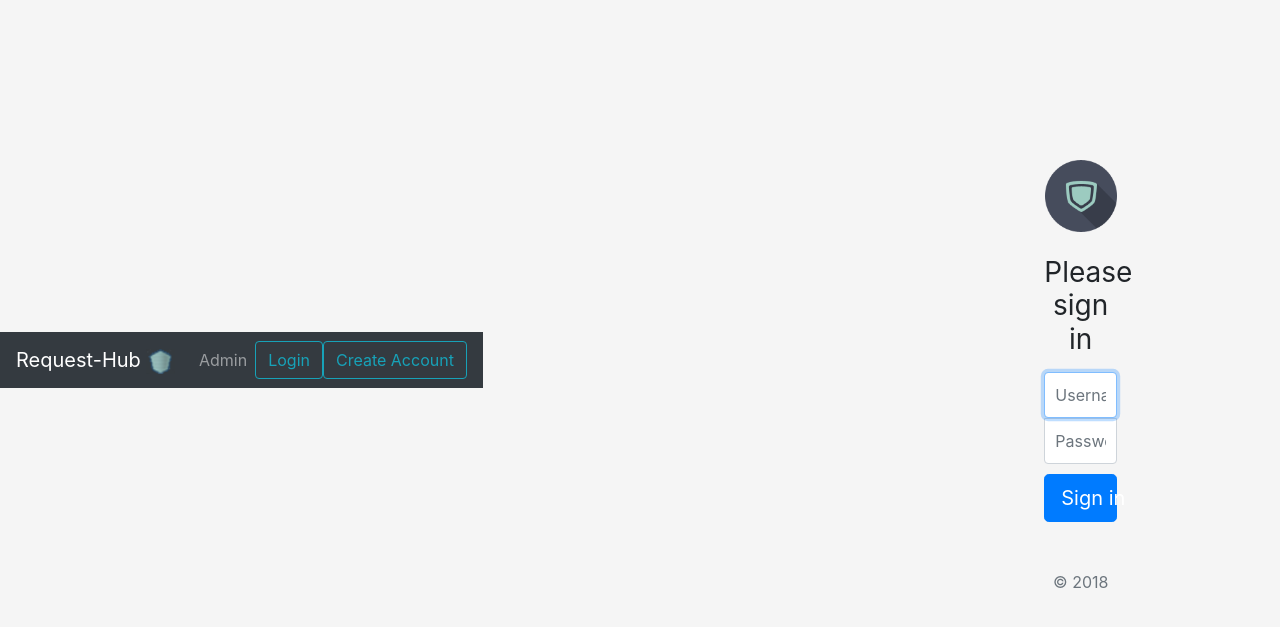
Repository: DonWhelan/Request-Hub
Page: http://localhost/view/userLogin.php
The author's editor kept a record of every edit. The page is drawn from the files as they stood at one moment, then again after the next edit.
The browser window is 1280 px wide. The pictures show the whole page.
The page is run by PHP 8.4 with error messages shown; the project is at /var/www/html/.

Above is the page before.

### view/userLogin.php
<?php
    include('../model/connectionStrings.php');
    //include('../controler/sessionManagment/session.php');
    session_start();
?>
<html lang="en">

<head>
    <meta charset="utf-8">
    <meta name="viewport" content="width=device-width, initial-scale=1, shrink-to-fit=no">
    <?php include("../includes/pageIncludes/head-1.php");?>

    <!-- Bootstrap core CSS -->
    <link href="../style/bootstrap-4.0.0-dist/css/bootstrap.min.css" rel="stylesheet">

    <!-- Custom styles for this template -->
    <link href="signin.css" rel="stylesheet">
</head>

<body class="text-center">

    <?php
		include("../includes/pageIncludes/TopNav.php");
	?>

    <div class="container">
        <div class="row">
            <div class="col-sm-12" style="height:130px">
            </div>
        </div>
    </div>

    <div class="container">
        <div id="messageBox" class="col-md-10" style="height:50px">
                <?php include("../controler/messageBox.php"); ?>
            </div>
        <div class="row">
            <div class="col-sm-4">
            </div>
            <div class="col-sm-4">
                <form action="../controler/indexLoginVal.php" method="post" name="Login_Form" class="form-signin">
                    <img class="mb-4" src="../assets/img/icons/services-1.png" alt="" width="72" height="72">
                    <h1 class="h3 mb-3 font-weight-normal">Please sign in</h1>
                    <input type="text" class="form-control" name="username" placeholder="Username" required="" autofocus="" />
                    <input type="password" class="form-control" name="password" placeholder="Password" required="" />
                    <button class="btn btn-lg btn-primary btn-block" type="submit" value="Login">Sign in</button>
                    <p class="mt-5 mb-3 text-muted">&copy; 2018</p>
                </form>
            </div>
        </div>
    </div>

</body>

</html>

### includes/pageIncludes/head-1.php
    <meta charset="utf-8">
    <meta http-equiv="X-UA-Compatible" content="IE=edge">
    <meta name="viewport" content="width=device-width, initial-scale=1">
    <title>Request Hub</title>

    <!-- CSS -->
    <link rel="stylesheet" href="../assets/fonts/fonts.css">
    <link rel="stylesheet" href="../style/bootstrap-4.0.0-dist/css/bootstrap.min.css">
    <link rel="icon" type="image/png" href="../images/favicon-32x32.png"  />

### includes/pageIncludes/TopNav.php
<!--navbar-->
    <nav class="navbar navbar-expand-lg navbar-dark bg-dark">
        <a class="navbar-brand" href="../index.php">Request-Hub <img src="../images/icon.png" alt="" style="height:25px"></a>
        <button class="navbar-toggler" type="button" data-toggle="collapse" data-target="#navbarTogglerDemo02" aria-controls="navbarTogglerDemo02" aria-expanded="false" aria-label="Toggle navigation">
            <span class="navbar-toggler-icon"></span>
        </button>
        <div class="collapse navbar-collapse" id="navbarTogglerDemo02">
            <ul class="navbar-nav mr-auto mt-2 mt-lg-0">
                <li class="nav-item">
                    <a class="nav-link" href="#">Admin</a>
                </li>
            </ul>
                <?php if(!isset($_SESSION['user'])){?>
                <a href="../view/userLogin.php"><button class="btn btn-outline-info my-sm-0" type="submit">Login</button></a>
                <a href="../view/userRegister.php"><button class="btn btn-outline-info my-sm-0" type="submit">Create Account</button></a>
                <?php }else{ ?>
                <a href="../controler/logout.php"><button class="btn btn-outline-info my-sm-0" type="submit">Log out</button></a>
                <?php } ?>
        </div>
    </nav>

### controler/messageBox.php
<?php
    if(isset($_GET["message"])){
        if($_GET["message"]=="success"){
        echo " <div class='alert alert-success text-center'>
         Team Saved <span><i class='fa fa-thumbs-up f-s-15'></i></span>
         </div>";
        }
        if($_GET["message"]=="ErrorT"){
        echo " <div class='alert alert-danger text-center'>
         Error setting up team <span><i class='fa fa-poo f-s-15'></i></span>
         </div>";
        }
        if($_GET["message"]=="incorrect"){
        echo " <div class='alert alert-warning text-center'>
         Incorrect details <span><i class='fa fa-poo f-s-15'></i></span>
         </div>";
        }
        if($_GET["message"]=="char"){
        echo " <div class='alert alert-warning text-center'>
         Some charicters input cannot be used<span><i class='fa fa-poo f-s-15'></i></span>
         </div>";
        }
        if($_GET["message"]=="error"){
        echo " <div class='alert alert-danger text-center'>
         A error has occured <span><i class='fa fa-poo f-s-15'></i></span>
         </div>";
        }
        if($_GET["message"]=="username"){
        echo " <div class='alert alert-info text-center'>
        That username is already taken<span><i class='fa fa-poo f-s-15'></i></span>
         </div>";
        }
        if($_GET["message"]=="reqSucess"){
        echo " <div class='alert alert-info text-center'>
        That username is already taken<span><i class='fa fa-poo f-s-15'></i></span>
         </div>";
        }
        if($_GET["message"]=="pwmatch"){
        echo " <div class='alert alert-info text-center'>
        Passwords did not Match<span><i class='fa fa-poo f-s-15'></i></span>
         </div>";
        }
        if($_GET["message"]=="userAdded"){
        echo " <div class='alert alert-success text-center'>
        New User Added <span><i class='fa fa-poo f-s-15'></i></span>
         </div>";
        }
        if($_GET["message"]=="updated"){
        echo " <div class='alert alert-success text-center'>
        User Updated <span><i class='fa fa-poo f-s-15'></i></span>
         </div>";
        }
        if($_GET["message"]=="cusadd"){
        echo " <div class='alert alert-success text-center'>
        Customer Added <span><i class='fa fa-poo f-s-15'></i></span>
         </div>";
        }

    }
?>

### assets/fonts/fonts.css
/* Generated by Font Squirrel (http://www.fontsquirrel.com) on May 16, 2014 */



@font-face {
    font-family: 'signikabold';
    src: url('signika-bold-webfont.eot');
    src: url('signika-bold-webfont.eot?#iefix') format('embedded-opentype'),
         url('signika-bold-webfont.woff') format('woff'),
         url('signika-bold-webfont.ttf') format('truetype'),
         url('signika-bold-webfont.svg#signikabold') format('svg');
    font-weight: normal;
    font-style: normal;

}




@font-face {
    font-family: 'signikalight';
    src: url('signika-light-webfont.eot');
    src: url('signika-light-webfont.eot?#iefix') format('embedded-opentype'),
         url('signika-light-webfont.woff') format('woff'),
         url('signika-light-webfont.ttf') format('truetype'),
         url('signika-light-webfont.svg#signikalight') format('svg');
    font-weight: normal;
    font-style: normal;

}




@font-face {
    font-family: 'signikaregular';
    src: url('signika-regular-webfont.eot');
    src: url('signika-regular-webfont.eot?#iefix') format('embedded-opentype'),
         url('signika-regular-webfont.woff') format('woff'),
         url('signika-regular-webfont.ttf') format('truetype'),
         url('signika-regular-webfont.svg#signikaregular') format('svg');
    font-weight: normal;
    font-style: normal;

}




@font-face {
    font-family: 'signikasemibold';
    src: url('signika-semibold-webfont.eot');
    src: url('signika-semibold-webfont.eot?#iefix') format('embedded-opentype'),
         url('signika-semibold-webfont.woff') format('woff'),
         url('signika-semibold-webfont.ttf') format('truetype'),
         url('signika-semibold-webfont.svg#signikasemibold') format('svg');
    font-weight: normal;
    font-style: normal;

}

### assets/css/signIn.css
html,
body {
  height: 100%;
}

body {
  display: -ms-flexbox;
  display: -webkit-box;
  display: flex;
  -ms-flex-align: center;
  -ms-flex-pack: center;
  -webkit-box-align: center;
  align-items: center;
  -webkit-box-pack: center;
  justify-content: center;
  padding-top: 40px;
  padding-bottom: 40px;
  background-color: #f5f5f5;
}

.form-signin {
  width: 100%;
  max-width: 330px;
  padding: 15px;
  margin: 0 auto;
}
.form-signin .checkbox {
  font-weight: 400;
}
.form-signin .form-control {
  position: relative;
  box-sizing: border-box;
  height: auto;
  padding: 10px;
  font-size: 16px;
}
.form-signin .form-control:focus {
  z-index: 2;
}
.form-signin input[type="email"] {
  margin-bottom: -1px;
  border-bottom-right-radius: 0;
  border-bottom-left-radius: 0;
}
.form-signin input[type="password"] {
  margin-bottom: 10px;
  border-top-left-radius: 0;
  border-top-right-radius: 0;
}

Loaded but not shown: style/bootstrap-4.0.0-dist/css/bootstrap.min.css (library); model/connectionStrings.php (677 lines, source omitted)

After the next edit:
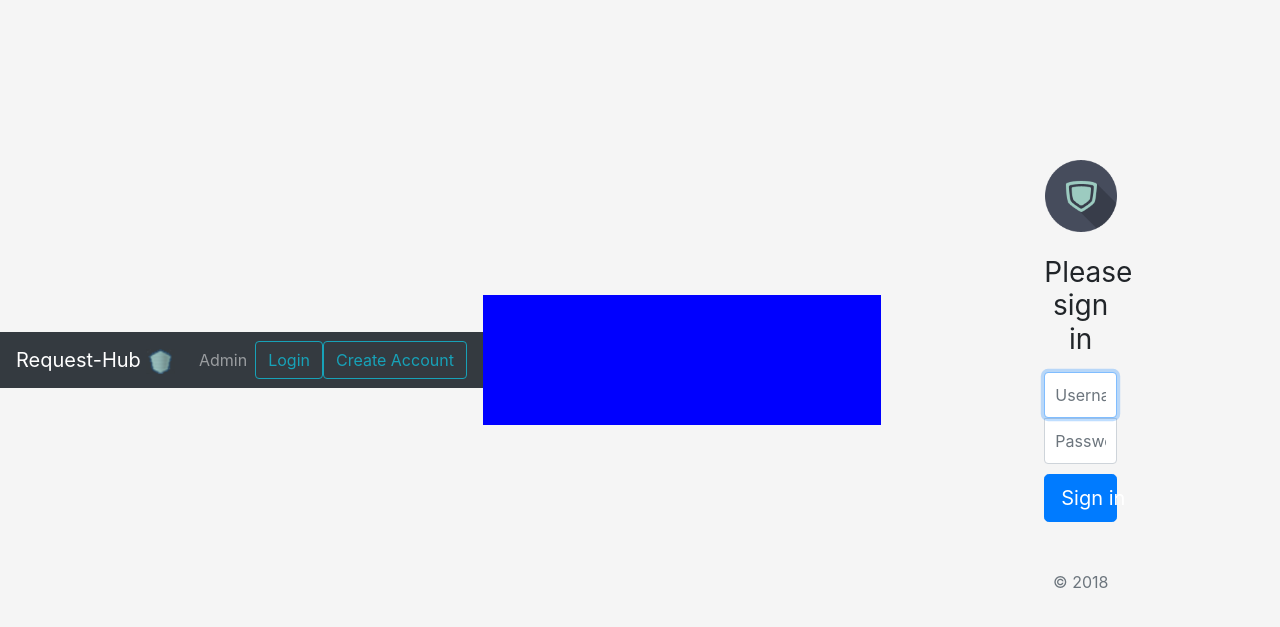
The edit:
--- a/view/userLogin.php
+++ b/view/userLogin.php
@@ -25,7 +25,7 @@
 
     <div class="container">
         <div class="row">
-            <div class="col-sm-12" style="height:130px">
+            <div class="col-sm-12" style="height:130px; background:blue">
             </div>
         </div>
     </div>
